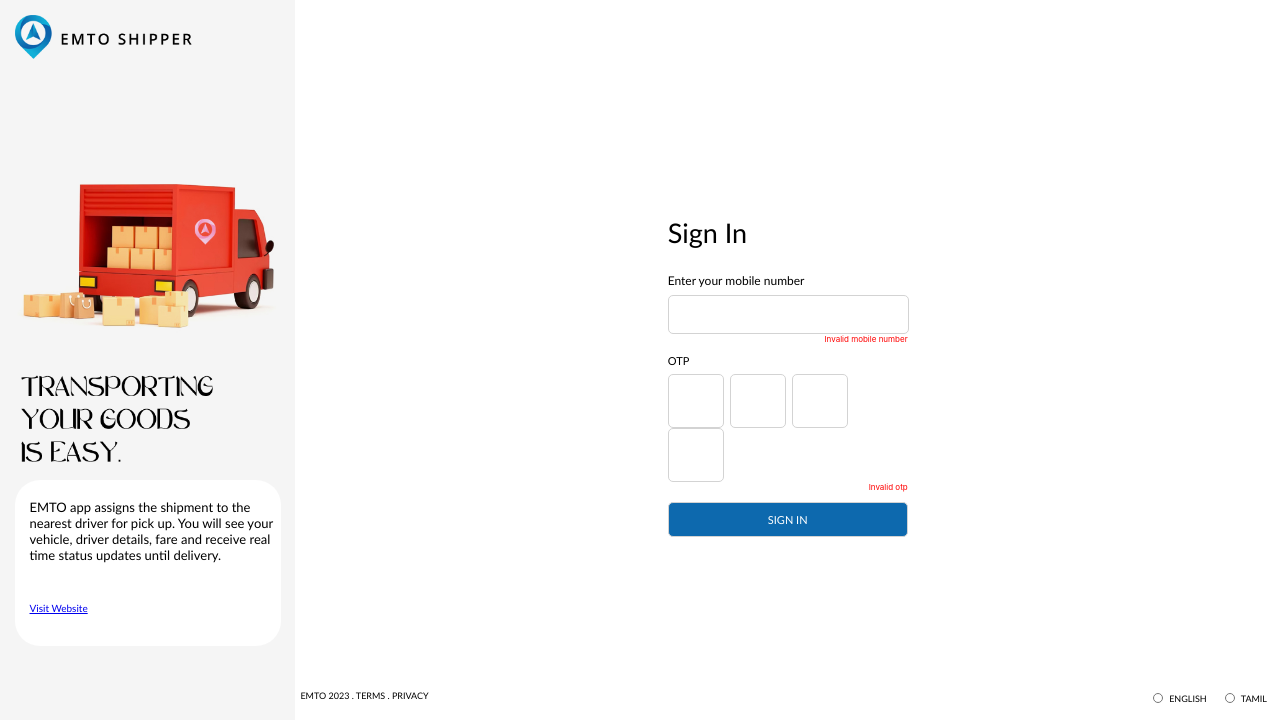
Repository: RoshanArun/Emto-Web
Page: / (app in emto/reactfirst/)
These files come from the project's save history. The page is drawn as it stood at one moment and after a run of saves; the edit follows.
The browser window is 1280 px wide. The pictures show the whole page.
The project was rebuilt for these pictures with package versions that can differ from the ones it lists, and the page was loaded fresh each time. Also part of the build but not shown: emto/reactfirst/src/pages/SignUp/SignUp.css, emto/reactfirst/src/pages/DashBoard/DashBoard.css, emto/reactfirst/src/pages/SignUp/SignUp.js, emto/reactfirst/src/pages/DashBoard/DashBoard.js.

Above is the page before, as saved 2023-07-26 01:16:36.

After the next 2 saves:
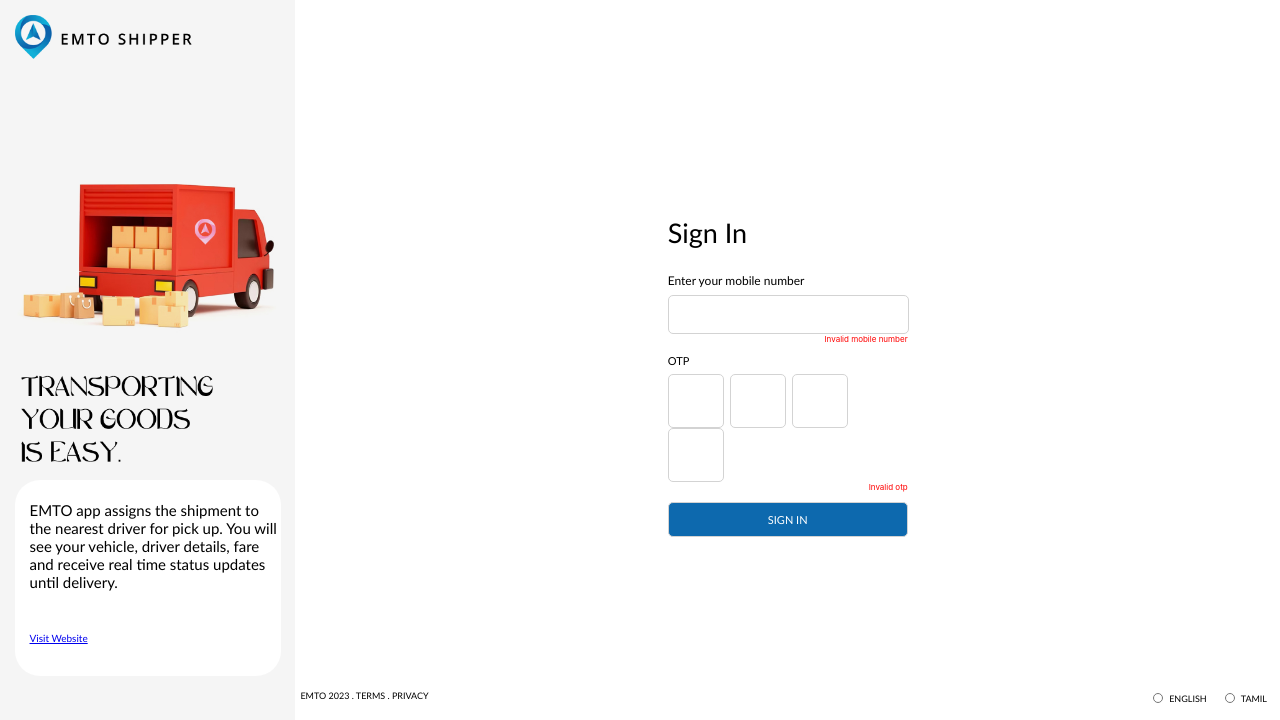
The 2 saves are shown as one change because they came seconds apart.
The last was saved 5 min 35 s later.
--- a/emto/reactfirst/src/pages/Login/Login.css
+++ b/emto/reactfirst/src/pages/Login/Login.css
@@ -48,7 +48,7 @@
 }
 
 .details {
-  font-size: 13px;
+  font-size: 15px;
   font-family: 'Gill Sans', 'Gill Sans MT', Calibri, 'Trebuchet MS', sans-serif;
   padding-bottom: 8%;
 }
